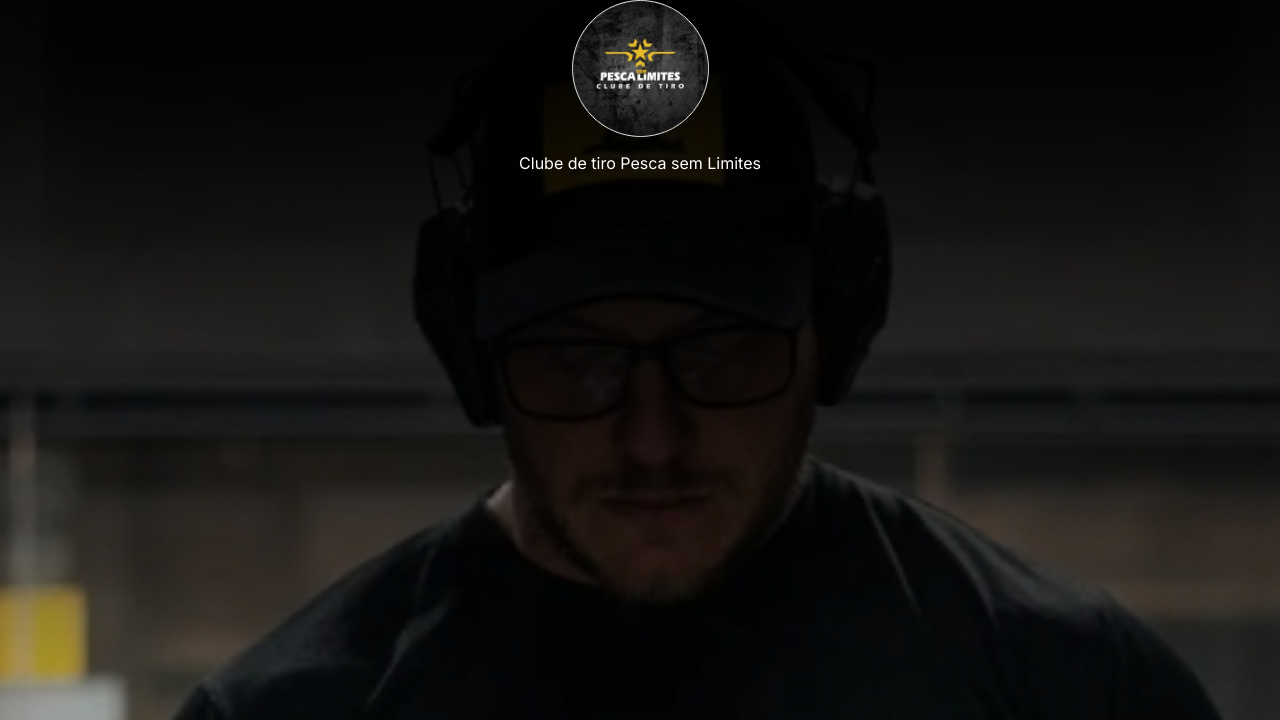
Repository: Fr4nc021/LinkPages-PescasemLimites
Page: index.html
These files come from the project's save history. The page is drawn as it stood at one moment and after the next save; the edit follows.
The browser window is 1280 px wide. The pictures show the whole page.

Above is the page before, as saved 2025-02-27 22:02:01.

### index.html
<!DOCTYPE html>
<html lang="pt-br">
<head>
    <link rel="preconnect" href="https://fonts.googleapis.com" />
    <link rel="preconnect" href="https://fonts.gstatic.com" crossorigin
    />
    <link
    href="https://fonts.googleapis.com/css2?family=Inter:ital,opsz,wght@0,14..32,100..900;1,14..32,100..900&display=swap" rel="stylesheet"
    />
    <link rel="stylesheet" href="style.css">
    <meta charset="UTF-8">
    <meta name="viewport" content="width=device-width, initial-scale=1.0">
    <title>LinkPage</title>
</head>
<body>
    <div id="profile">
        <img src="./midia/logo_clube_de_tiro.jpg"
        alt="Logo Pesca sem Limites Clube de tiro">
        <p>Clube de tiro Pesca sem Limites</p>
    </div>

</body>
</html>

### style.css
body * {
    font-family: "Inter", sans-serif;
    color: rgb(255, 255, 255);
}

body {
    background: url(./midia/Foto_fundo_mobile.jpg) no-repeat center center/cover;
    height: 100vh; /* Garante que o body ocupe 100% da altura da tela */
    margin: 0; /* Remove margens padrão */
    padding: 0; /* Remove padding padrão */
}
#profile img {
    border: 1px solid #ddd;
    width: 135px;
    display: block;
    margin: auto;
    padding: 0; /* Remova o padding para evitar espaçamento interno */
    border-radius: 50%;
}

#profile {
    text-align: center;
    margin-bottom: -10px; /* Aproxima a imagem do próximo elemento */
}

After the next save:
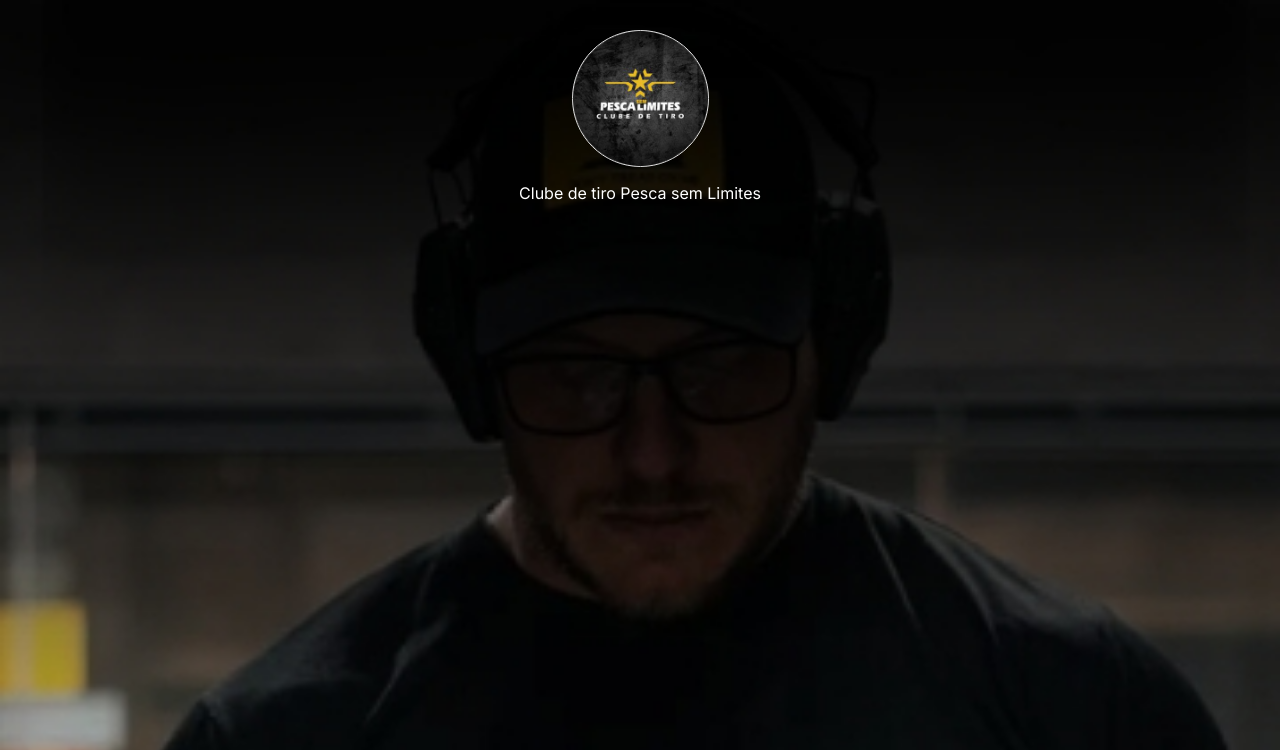
Saved 42 s later.
--- a/style.css
+++ b/style.css
@@ -13,12 +13,11 @@
     border: 1px solid #ddd;
     width: 135px;
     display: block;
-    margin: auto;
-    padding: 0; /* Remova o padding para evitar espaçamento interno */
+    margin: 30px auto 0; /* Adiciona 30px no topo, centraliza horizontalmente e remove margem inferior */
+    padding: 0; /* Removendo o padding para evitar espaçamentos extras */
     border-radius: 50%;
 }
 
 #profile {
     text-align: center;
-    margin-bottom: -10px; /* Aproxima a imagem do próximo elemento */
 }
